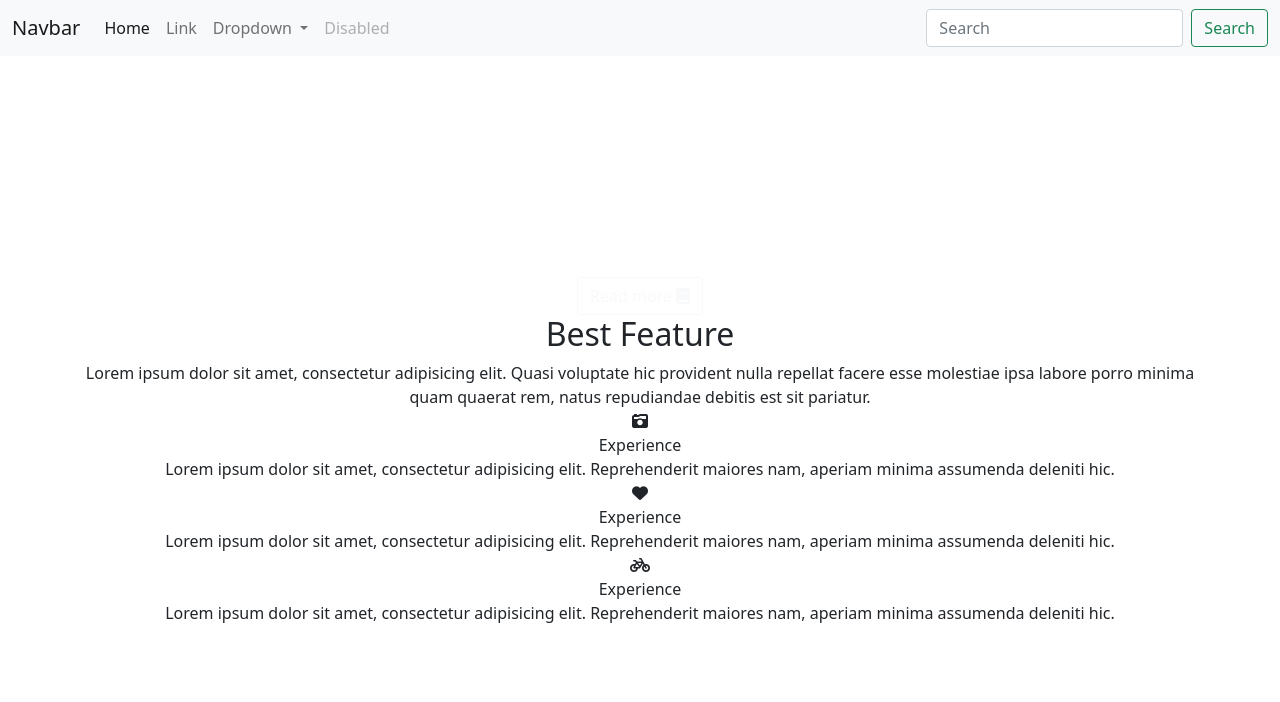
Repository: nptg3105/lab04-landing-page-boostrap5
Page: index.html
An editor plug-in stored every save of this project. The page is shown before and after the next save, followed by the edit.
The browser window is 1280 px wide. The pictures show the whole page.

Above is the page before, as saved 2021-12-19 10:09:30.

### index.html
<!DOCTYPE html>
<html lang="en">
  <head>
    <meta charset="UTF-8" />
    <meta http-equiv="X-UA-Compatible" content="IE=edge" />
    <meta name="viewport" content="width=device-width, initial-scale=1.0" />
    <title>lab04-Landing-Page-Boostrap</title>
    <link
      href="https://cdn.jsdelivr.net/npm/bootstrap@5.1.3/dist/css/bootstrap.min.css"
      rel="stylesheet"
      integrity="sha384-1BmE4kWBq78iYhFldvKuhfTAU6auU8tT94WrHftjDbrCEXSU1oBoqyl2QvZ6jIW3"
      crossorigin="anonymous"
    />
    <link rel="stylesheet" href="https://cdnjs.cloudflare.com/ajax/libs/font-awesome/6.0.0-beta3/css/all.min.css" integrity="sha512-Fo3rlrZj/k7ujTnHg4CGR2D7kSs0v4LLanw2qksYuRlEzO+tcaEPQogQ0KaoGN26/zrn20ImR1DfuLWnOo7aBA==" crossorigin="anonymous" referrerpolicy="no-referrer" />
    <link rel="stylesheet" href="dist/index.css" />
  </head>
  <body>
    <header>
      <nav class="navbar navbar-expand-lg navbar-light bg-light">
        <div class="container-fluid">
          <a class="navbar-brand" href="#">Navbar</a>
          <button
            class="navbar-toggler"
            type="button"
            data-bs-toggle="collapse"
            data-bs-target="#navbarSupportedContent"
            aria-controls="navbarSupportedContent"
            aria-expanded="false"
            aria-label="Toggle navigation"
          >
            <span class="navbar-toggler-icon"></span>
          </button>
          <div class="collapse navbar-collapse" id="navbarSupportedContent">
            <ul class="navbar-nav me-auto mb-2 mb-lg-0">
              <li class="nav-item">
                <a class="nav-link active" aria-current="page" href="#">Home</a>
              </li>
              <li class="nav-item">
                <a class="nav-link" href="#">Link</a>
              </li>
              <li class="nav-item dropdown">
                <a
                  class="nav-link dropdown-toggle"
                  href="#"
                  id="navbarDropdown"
                  role="button"
                  data-bs-toggle="dropdown"
                  aria-expanded="false"
                >
                  Dropdown
                </a>
                <ul class="dropdown-menu" aria-labelledby="navbarDropdown">
                  <li><a class="dropdown-item" href="#">Action</a></li>
                  <li><a class="dropdown-item" href="#">Another action</a></li>
                  <li><hr class="dropdown-divider" /></li>
                  <li>
                    <a class="dropdown-item" href="#">Something else here</a>
                  </li>
                </ul>
              </li>
              <li class="nav-item">
                <a class="nav-link disabled">Disabled</a>
              </li>
            </ul>
            <form class="d-flex">
              <input
                class="form-control me-2"
                type="search"
                placeholder="Search"
                aria-label="Search"
              />
              <button class="btn btn-outline-success" type="submit">
                Search
              </button>
            </form>
          </div>
        </div>
      </nav>
      <div class="hero">
       <div class="container-fluid d-flex align-items-center justify-content-center h-100">
         <div class="row d-flex justify-content-center text-center">
           <div class="col-md-10">
            <h2 class="text-white display-4 fw-bold pt-5 mb-2">Travel</h2>
            <h4 class="text-white my-4">Lorem ipsum dolor sit amet, consectetur adipisicing elit. Deleniti consequuntur.</h4>
            <button class="btn btn-outline-light">Read more <i class="fa fa-book"></i></button>
           </div>
         </div>
       </div>
      </div>
      <div class="feature text-center">
        <div class="container">
          <h2 class="feature__heading">Best Feature</h2>
          <div class="feature__detail">Lorem ipsum dolor sit amet, consectetur adipisicing elit. Quasi voluptate hic provident nulla repellat facere esse molestiae ipsa labore porro minima quam quaerat rem, natus repudiandae debitis est sit pariatur.</div>
          <div class="feature__list">
            <div class="feature__item">
              <div class="feature__icon"><i class="fas fa-camera-retro"></i></div>
              <div class="feature__title">Experience</div>
              <div class="feature__desc">Lorem ipsum dolor sit amet, consectetur adipisicing elit. Reprehenderit maiores nam, aperiam minima assumenda deleniti hic.</div>
            </div>
            <div class="feature__item">
              <div class="feature__icon"><i class="fas fa-heart"></i></div>
              <div class="feature__title">Experience</div>
              <div class="feature__desc">Lorem ipsum dolor sit amet, consectetur adipisicing elit. Reprehenderit maiores nam, aperiam minima assumenda deleniti hic.</div>
            </div>
            <div class="feature__item">
              <div class="feature__icon"><i class="fas fa-bicycle"></i></div>
              <div class="feature__title">Experience</div>
              <div class="feature__desc">Lorem ipsum dolor sit amet, consectetur adipisicing elit. Reprehenderit maiores nam, aperiam minima assumenda deleniti hic.</div>
            </div>
          </div>
        </div>

      </div>
    </header>

    </p>

    <script
      src="https://cdn.jsdelivr.net/npm/bootstrap@5.1.3/dist/js/bootstrap.bundle.min.js"
      integrity="sha384-ka7Sk0Gln4gmtz2MlQnikT1wXgYsOg+OMhuP+IlRH9sENBO0LRn5q+8nbTov4+1p"
      crossorigin="anonymous"
    ></script>
  </body>
</html>

### dist/index.css
* {
  box-sizing: border-box;
  margin: 0;
  padding: 0;
}
body {
  line-height: 1.5;
}
:root {
  --color-bg: #ecf2f8;
  --color-white: #fff;
  --color-violet: #7541c8;
  --color-light-grey: #cfcfcf;
  --color-dark-grey: #19212e;
  --color-grey: #48556a;
}
.hero {
  background: url(https://mdbootstrap.com/img/Photos/Horizontal/Nature/full%20page/img%20(
        3
      ).jpg)
    no-repeat 50% fixed;
}
/*# sourceMappingURL=index.css.map */

After the next save:
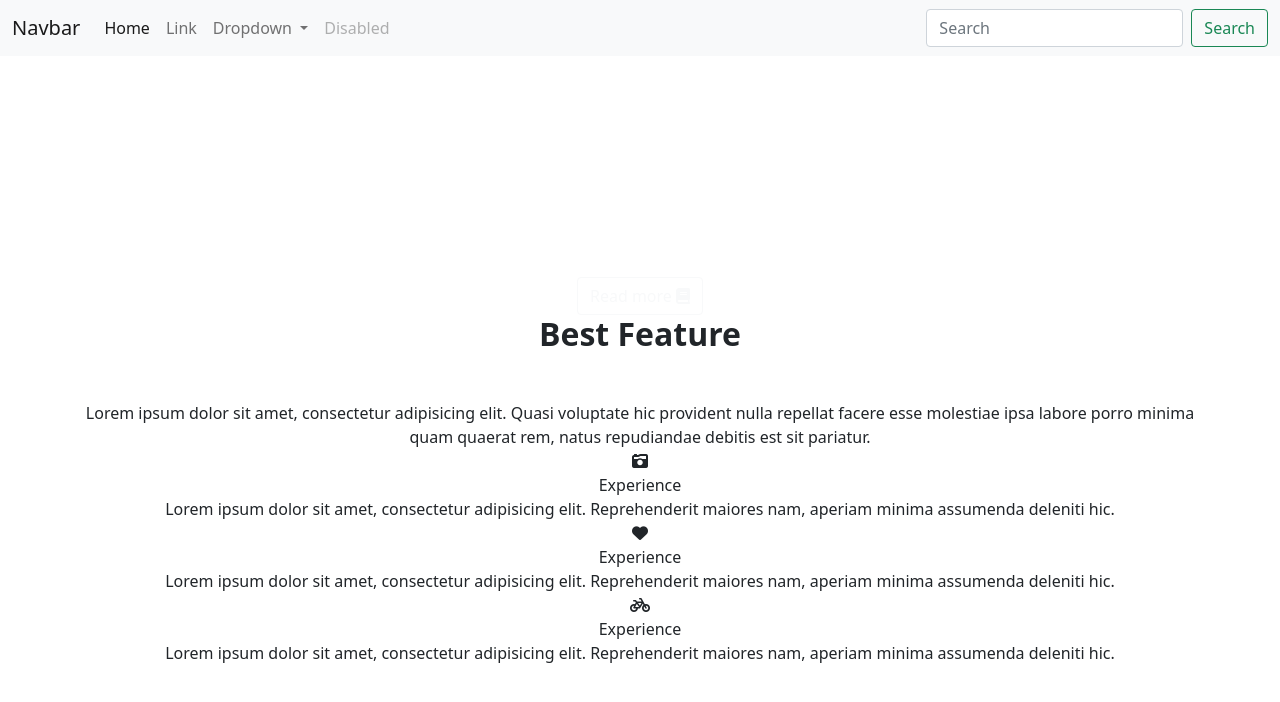
Saved 14 s later.
--- a/index.html
+++ b/index.html
@@ -89,7 +89,7 @@
       </div>
       <div class="feature text-center">
         <div class="container">
-          <h2 class="feature__heading">Best Feature</h2>
+          <h2 class="feature__heading fw-bold mb-5">Best Feature</h2>
           <div class="feature__detail">Lorem ipsum dolor sit amet, consectetur adipisicing elit. Quasi voluptate hic provident nulla repellat facere esse molestiae ipsa labore porro minima quam quaerat rem, natus repudiandae debitis est sit pariatur.</div>
           <div class="feature__list">
             <div class="feature__item">
